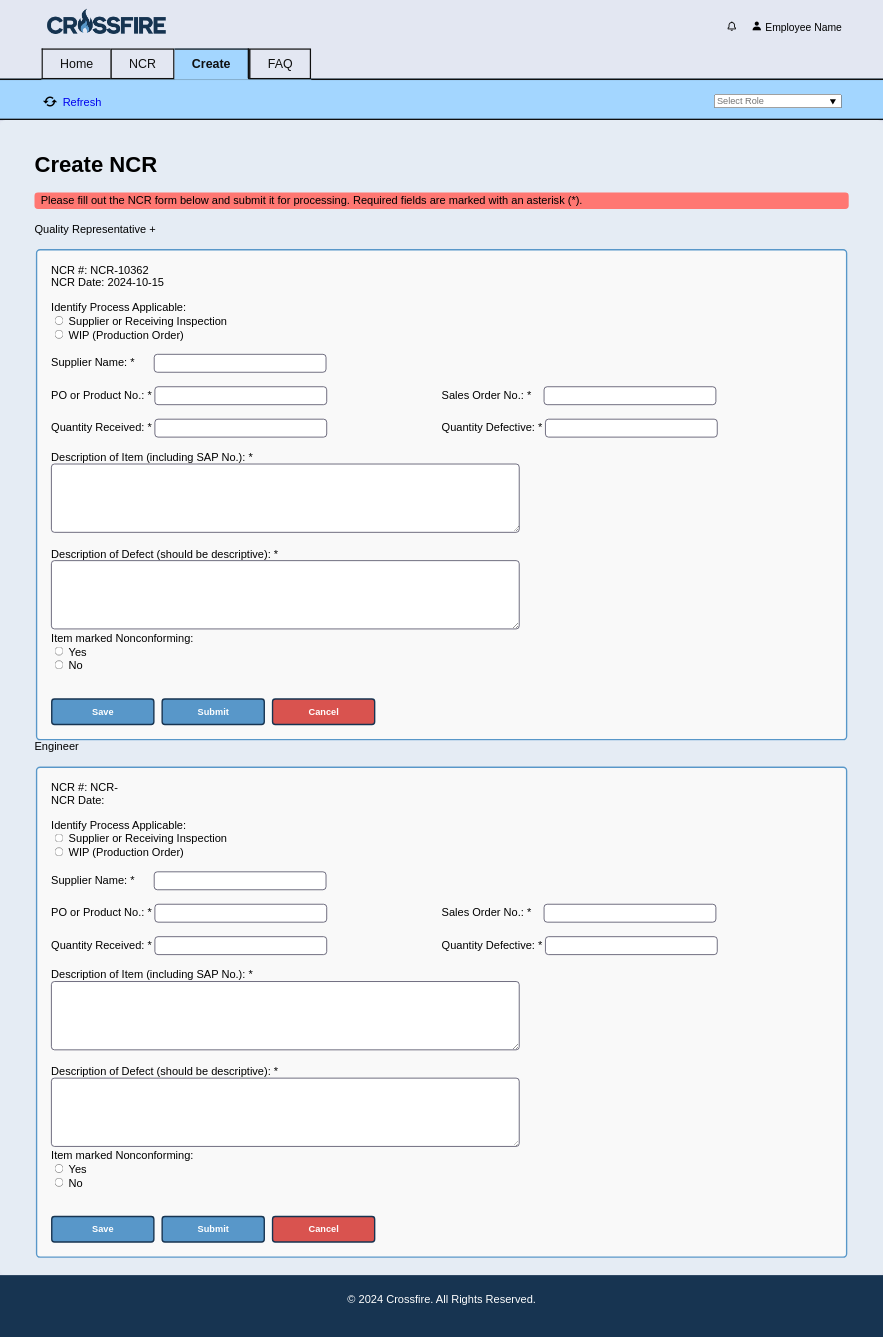
Repository: NyleNC/OSSProg1180
Page: OSS-CrossFire/create - Copy.html
The author's editor kept a copy of each file at every save. The page is drawn from the files as they stood at one save, then again after the next save.
The browser window is 1280 px wide. The pictures show the whole page, at 69% of full size.

Above is the page before, as saved 2024-11-17 23:01:17.
Console error: TypeError: Cannot read properties of null (reading 'addEventListener')

### OSS-CrossFire/create - Copy.html
<!DOCTYPE html>
<html lang="en">
<head>
    <meta charset="UTF-8">
    <meta name="viewport" content="width=device-width, initial-scale=1.0">
    <title>CrossFireNCR</title>
    <!-- Google Fonts -->
    <link rel="preconnect" href="https://fonts.googleapis.com">
    <link rel="preconnect" href="https://fonts.gstatic.com" crossorigin>
    <link href="https://fonts.googleapis.com/css2?family=Merriweather+Sans:wght@300;400;500&display=swap" rel="stylesheet">

    <link href='https://unpkg.com/boxicons@2.1.4/css/boxicons.min.css' rel='stylesheet'>
    <link rel="stylesheet" href="style.css">
    <script src="script-create.js"></script>
</head>
<body>
    <header>
        <div class="global-header">
            <div class="logo">
                <img src="img/Crossfire-Logo-no-bkgd.png" alt="CrossFire Logo">
            </div>
            <div class="global-selection">

                <div class="notifications">
                    <a href="#" aria-label="Notifications"><i class='bx bx-bell'></i></a>
                </div>
                <div class="employee-info">
                    <i class='bx bxs-user' aria-hidden="true"></i>
                    <p>Employee Name</p>
                </div>

            </div>
        </div>

        <nav>
            <div class="navbar-pages">
                <ul>
                    <li ><a href="index copy.html">Home</a></li>
                    <li><a href="ncr.html">NCR</a></li>
                    <li class="active"><a href="create.html">Create</a></li>
                    <li><a href="faq.html">FAQ</a></li>
                </ul>
            </div>
            <div class="navbar-tools">
                <ul>
                    <li><i class='bx bx-refresh bx-sm' aria-hidden="true"></i><a href="ncr.html">Refresh</a></li>
                   <li class="ddlRole">
                    <input placeholder="Select Role" list="roles" name="role" id="roleInput" onchange="saveRole()">
                        <datalist id="roles">
                            <option value="Quality Rep">
                            <option value="Engineer">
                            <option value="Operations Manager">
                            <option value="Inspector">
                            <option value="Procurement">
                            <option value="Administrator">
                        </datalist>
                    </li>
                </ul>
            </div>
        </nav>
    </header>

    <main class="create-main">
        <h1>Create NCR</h1>
        <p class="edit-p">&nbsp; Please fill out the NCR form below and submit it for processing. Required fields are marked with an asterisk (*).</p>

        <div class="ncrSection">
            <div class="ncrSection-title">
                Quality Representative
                <span>+</span>
            </div>
            <form class="ncrSection-form" id="ncr-form" onsubmit="return validateForm()">
                <fieldset>

                    <div class="form-ncrNum">
                        <label for="ncrNumber">NCR #:</label>
                        <span id="ncrNumber">NCR-</span>
                    </div>
                    <div class="form-ncrDate">
                        <label for="ncrDate">NCR Date:</label>
                        <span id="ncrDate"></span>
                    </div><br>

                    <div class="lblIdf">
                        <label>Identify Process Applicable:</label>
                    </div>
                    <div class="form-ipa1">
                        <input type="radio" id="supp" name="process" value="suppotRec" onclick="enableDisableTextbox(this)">
                        <label for="supp">Supplier or Receiving Inspection</label><br>
                    </div>
                    <div class="form-ipa2">
                        <input type="radio" id="wip" name="process" value="supplier" onclick="enableDisableTextbox(this)">
                        <label for="wip">WIP (Production Order)</label>
                    </div><br>

                    <div class="form-group">
                        <label for="supplierName">Supplier Name: *</label>&nbsp;&nbsp;
                        <input type="text" id="supplierName" class="size-css" required pattern="[a-zA-Z ]{2,30}" title="Please enter a valid name (letters only).">
                    </div>

                    <div class="form-group">
                        <div class="left-side">
                            <label for="ProductNo">PO or Product No.: *</label>
                            <input type="text" id="ProductNo" required pattern="\d{5}" title="Please enter exactly 5 digits.">
                        </div>
                        <div class="left-side">
                            <label for="SaleOrderNo">Sales Order No.: *</label>&nbsp;&nbsp;&nbsp;
                            <input type="text" id="SaleOrderNo" required pattern="\d{5}" title="Please enter exactly 5 digits.">
                        </div>
                    </div>

                    <div class="form-group">
                        <div class="right-side">
                            <label for="quantityReceived">Quantity Received: *</label>
                            <input type="number" id="quantityReceived" required min="1" title="Please enter a valid quantity.">
                        </div>
                        <div class="right-side">
                            <label for="quantityDefective">Quantity Defective: *</label>
                            <input type="number" id="quantityDefective" required min="0" title="Please enter a valid quantity.">
                        </div>
                    </div>

                    <div class="form-ta-itemDes">
                        <label for="itemDescription">Description of Item (including SAP No.): *</label><br>
                        <textarea id="itemDescription" maxlength="3000" required></textarea>
                    </div><br>

                    <div class="form-ta-defDes">
                        <label for="defectDescription">Description of Defect (should be descriptive): *</label><br>
                        <textarea id="defectDescription" required></textarea>
                    </div>

                    <div class="lblImn">
                        <label>Item marked Nonconforming:</label>
                    </div>
                    <div class="form-Yes">
                        <input id="imnYes" name="nonconforming" type="radio" value="yes">
                        <label for="imnYes">Yes</label>
                    </div>
                    <div class="form-No">
                        <input id="imnNo" name="nonconforming" type="radio" value="no">
                        <label for="imnNo">No</label>
                    </div><br>

                    <div class="btnContainer">
                        <button type="save" class="btnSave">Save</button>
                        <button type="submit" class="btnSubmit">Submit</button>
                        <button type="button" class="btnCancel" onclick="goBack()">Cancel</button>
                    </div>
                </fieldset>
            </form>
        </div>

        <div class="ncrSection">
            <div class="ncrSection-title">Engineer</div>
            <form class="ncrSection-form" id="ncr-form" onsubmit="return validateForm()">
                <fieldset>

                    <div class="form-ncrNum">
                        <label for="ncrNumber">NCR #:</label>
                        <span id="ncrNumber">NCR-</span>
                    </div>
                    <div class="form-ncrDate">
                        <label for="ncrDate">NCR Date:</label>
                        <span id="ncrDate"></span>
                    </div><br>

                    <div class="lblIdf">
                        <label>Identify Process Applicable:</label>
                    </div>
                    <div class="form-ipa1">
                        <input type="radio" id="supp" name="process" value="suppotRec" onclick="enableDisableTextbox(this)">
                        <label for="supp">Supplier or Receiving Inspection</label><br>
                    </div>
                    <div class="form-ipa2">
                        <input type="radio" id="wip" name="process" value="supplier" onclick="enableDisableTextbox(this)">
                        <label for="wip">WIP (Production Order)</label>
                    </div><br>

                    <div class="form-group">
                        <label for="supplierName">Supplier Name: *</label>&nbsp;&nbsp;
                        <input type="text" id="supplierName" class="size-css" required pattern="[a-zA-Z ]{2,30}" title="Please enter a valid name (letters only).">
                    </div>

                    <div class="form-group">
                        <div class="left-side">
                            <label for="ProductNo">PO or Product No.: *</label>
                            <input type="text" id="ProductNo" required pattern="\d{5}" title="Please enter exactly 5 digits.">
                        </div>
                        <div class="left-side">
                            <label for="SaleOrderNo">Sales Order No.: *</label>&nbsp;&nbsp;&nbsp;
                            <input type="text" id="SaleOrderNo" required pattern="\d{5}" title="Please enter exactly 5 digits.">
                        </div>
                    </div>

                    <div class="form-group">
                        <div class="right-side">
                            <label for="quantityReceived">Quantity Received: *</label>
                            <input type="number" id="quantityReceived" required min="1" title="Please enter a valid quantity.">
                        </div>
                        <div class="right-side">
                            <label for="quantityDefective">Quantity Defective: *</label>
                            <input type="number" id="quantityDefective" required min="0" title="Please enter a valid quantity.">
                        </div>
                    </div>

                    <div class="form-ta-itemDes">
                        <label for="itemDescription">Description of Item (including SAP No.): *</label><br>
                        <textarea id="itemDescription" maxlength="3000" required></textarea>
                    </div><br>

                    <div class="form-ta-defDes">
                        <label for="defectDescription">Description of Defect (should be descriptive): *</label><br>
                        <textarea id="defectDescription" required></textarea>
                    </div>

                    <div class="lblImn">
                        <label>Item marked Nonconforming:</label>
                    </div>
                    <div class="form-Yes">
                        <input id="imnYes" name="nonconforming" type="radio" value="yes">
                        <label for="imnYes">Yes</label>
                    </div>
                    <div class="form-No">
                        <input id="imnNo" name="nonconforming" type="radio" value="no">
                        <label for="imnNo">No</label>
                    </div><br>


                    <div class="btnContainer">
                        <button type="save" class="btnSave">Save</button>
                        <button type="submit" class="btnSubmit">Submit</button>
                        <button type="button" class="btnCancel" onclick="goBack()">Cancel</button>
                    </div>
                </fieldset>
            </form>
        </div>

    </main>

    <div id="successPopup" class="popup" style="display:none;">
        <div class="popup-content">
            <p>NCR created successfully!</p>
            <p>What would you like to do next?</p>
            <button onclick="createAnotherNCR()">Create Another NCR</button>
            <button onclick="viewAllNCRs()">View All NCRs</button>
            <button onclick="closePopup()">Close</button>
        </div>
    </div>

    <footer class="ncr-footer">
        <p>&copy; 2024 Crossfire. All Rights Reserved.</p>
    </footer>

    <script src="script-view.js"></script>
</body>
</html>

Loaded but not shown: OSS-CrossFire/script-view.js (123 lines, source omitted); OSS-CrossFire/script-create.js (14 lines, source omitted); OSS-CrossFire/style.css (850 lines, source omitted)

After the next save:
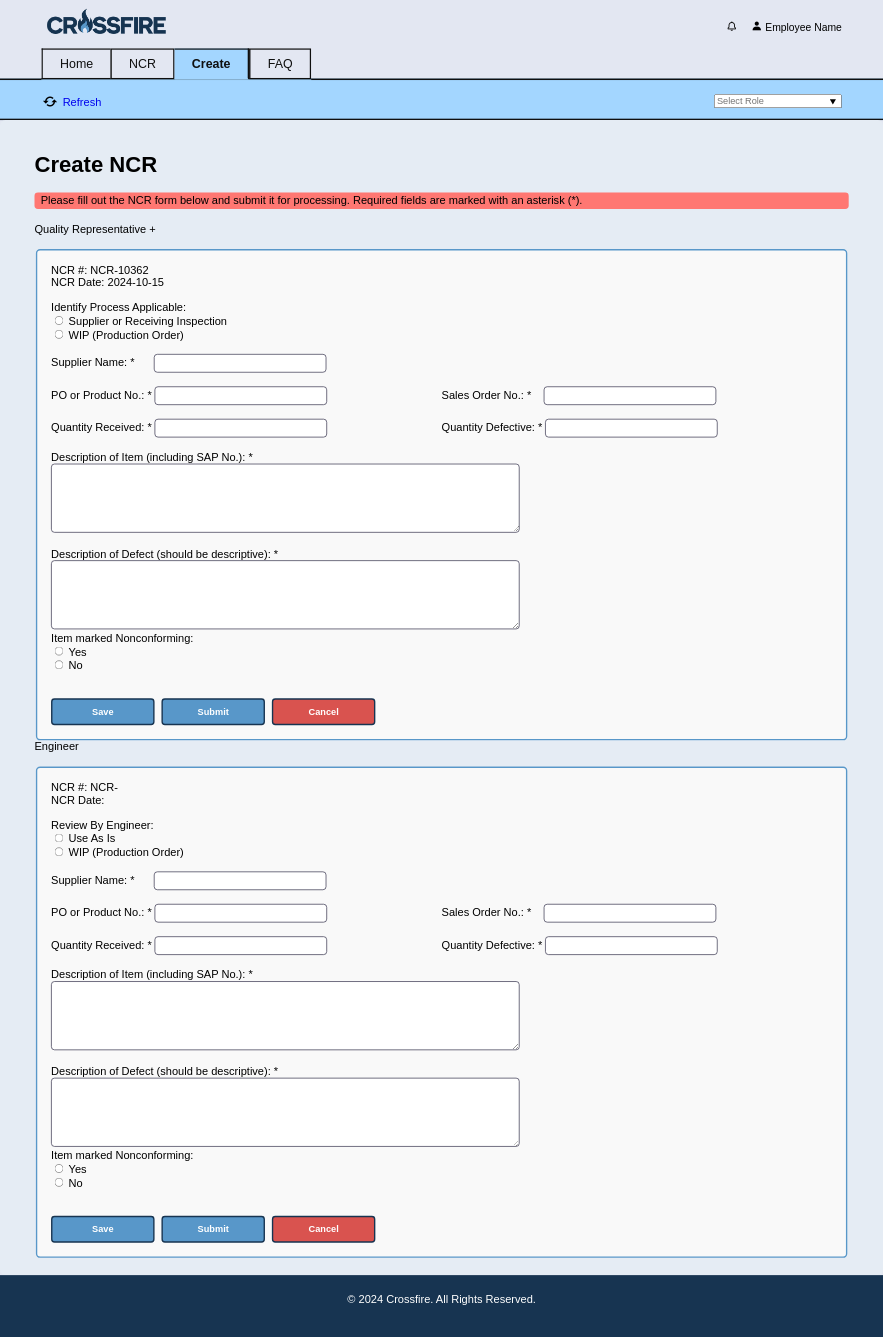
Saved 10 h 43 min later.
--- a/OSS-CrossFire/create - Copy.html
+++ b/OSS-CrossFire/create - Copy.html
@@ -166,14 +166,14 @@
                     </div><br>
 
                     <div class="lblIdf">
-                        <label>Identify Process Applicable:</label>
+                        <label>Review By Engineer:</label>
                     </div>
                     <div class="form-ipa1">
-                        <input type="radio" id="supp" name="process" value="suppotRec" onclick="enableDisableTextbox(this)">
-                        <label for="supp">Supplier or Receiving Inspection</label><br>
+                        <input type="radio" id="asIS" name="asIS" value="asIS" >
+                        <label for="supp">Use As Is</label><br>
                     </div>
                     <div class="form-ipa2">
-                        <input type="radio" id="wip" name="process" value="supplier" onclick="enableDisableTextbox(this)">
+                        <input type="radio" id="wip" name="process" value="supplier" >
                         <label for="wip">WIP (Production Order)</label>
                     </div><br>
 
